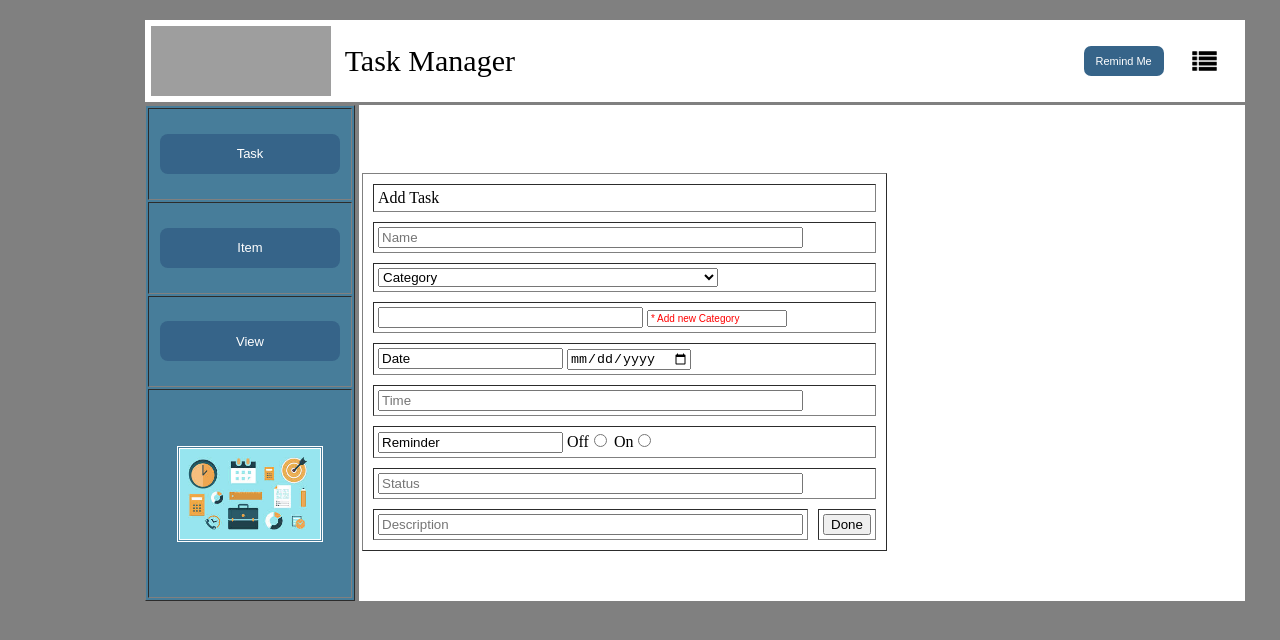
Repository: SnehaSalvi/TaskManagerProject
Page: http://localhost/TaskManagerChecklist/AddTask.jsp
These files come from the project's save history. The page is drawn as it stood at one moment and after the next save; the edit follows.
The browser window is 1280 px wide. The pictures show the whole page.
Pictures or frames that could not be fetched are drawn as grey boxes. The page is served by Tomcat 9.

Above is the page before, as saved 2016-10-14 08:40:22.

After the next save:
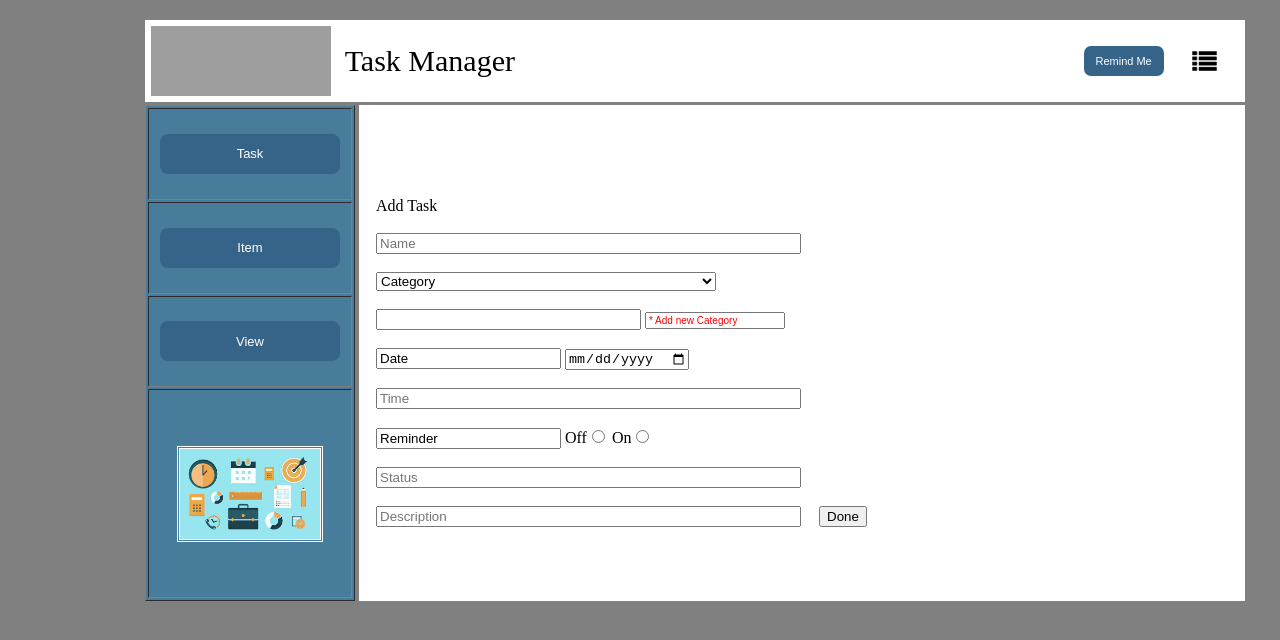
Saved 35 s later.
--- a/TaskManagerChecklist/WebContent/AddTask.jsp
+++ b/TaskManagerChecklist/WebContent/AddTask.jsp
@@ -59,7 +59,7 @@
 				<table id="table3">
 					<tr>
 						<td id="#td6">&nbsp;&nbsp;&nbsp;&nbsp;
-							<table border="1" cellspacing="10" cellpadding="4">
+							<table cellspacing="10" cellpadding="4">
 								<tr>
 									<td colspan="2">
 										Add Task
